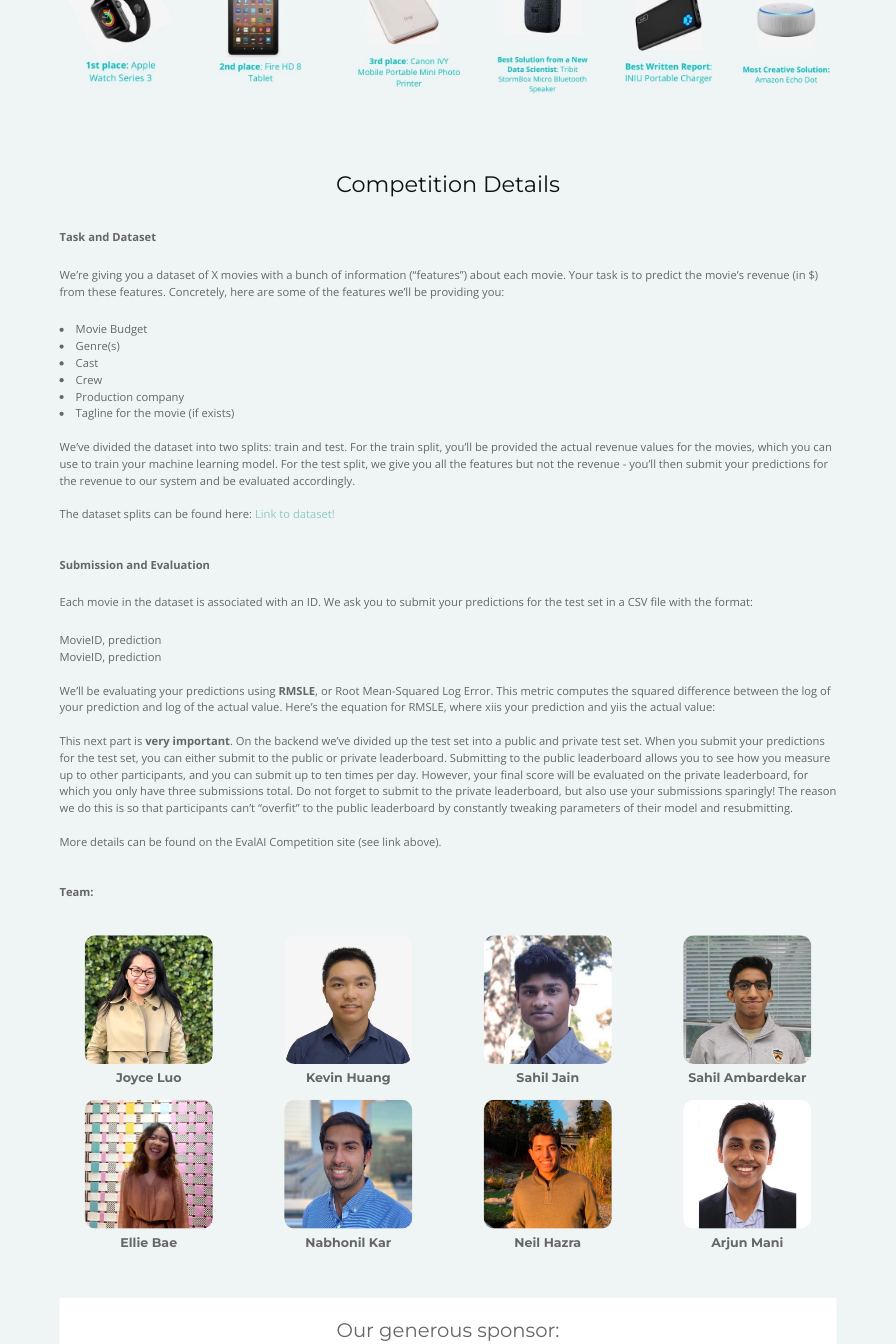
Repository: princetonds/princetonds.github.io
Page: competition.html
The author's editor kept a copy of each file at every save. The page is drawn from the files as they stood at one save, then again after the next save.
The browser window is 1280 px wide. The pictures show the part of the page from y = 893 to 2813 px (the page is 3447 px tall before and 3452 px after), at 70% of full size.

Above is the page before, as saved 2021-03-21 15:53:57.
Console error: TypeError: Cannot read properties of null (reading 'innerHTML')

### competition.html
<!DOCTYPE html>
<html lang="en">
<head>
  <meta charset="utf-8">
  <title>Princeton Data Science (PDS)</title>
  <meta content="width=device-width, initial-scale=1.0" name="viewport">
  <meta content="" name="keywords">
  <meta content="" name="description">

  <!-- Favicons (created with http://realfavicongenerator.net/)-->
  <link rel="apple-touch-icon" sizes="180x180" href="/img/favicons/apple-touch-icon.png">
  <link rel="icon" type="image/png" href="/img/favicons/favicon-32x32.png" sizes="32x32">
  <link rel="icon" type="image/png" href="/img/favicons/favicon-16x16.png" sizes="16x16">
  <link rel="manifest" href="/img/favicons/manifest.json">
  <link rel="mask-icon" href="/img/favicons/safari-pinned-tab.svg" color="#49acad">
  <link rel="shortcut icon" href="/img/favicons/favicon.ico">
  <meta name="msapplication-config" content="/img/favicons/browserconfig.xml">
  <meta name="theme-color" content="#ffffff">

  <!-- Facebook Graph tags -->
  <meta property="og:url" content="https://princetonds.io" />
  <meta property="og:site_name" content="princetonds.io" />
  <meta property="og:title" content="Princeton Data Science (PDS)" />
  <meta name="og:description" content="Princeton Data Science (PDS) was founded in 2014-2015 to promote the practice and study of data science, a growing field that spans many disciplines such as statistics, machine learning, computer science, and business analytics." />
  <meta property="og:image" content="https://princetonds.io/img/500px_square_logo.png" />

  <!-- Google Fonts -->
  <link href="https://fonts.googleapis.com/css?family=Montserrat:300,400,500,700|Open+Sans:300,400,700" rel="stylesheet">

  <!-- Bootstrap CSS File -->
  <link href="lib/bootstrap/css/bootstrap.min.css" rel="stylesheet">

  <!-- Libraries CSS Files -->
  <link href="lib/animate/animate.min.css" rel="stylesheet">
  <link href="lib/font-awesome/css/font-awesome.min.css" rel="stylesheet">
  <link href="lib/magnific-popup/magnific-popup.css" rel="stylesheet">

  <!-- Main Stylesheet File -->
  <link href="css/style.css" rel="stylesheet">
  <link href="css/new.css" rel="stylesheet">
</head>

<body>

  <!--==========================
    Header
  ============================-->
  <header id="header">
    <div class="container">

      <div id="logo" class="pull-left">
        <h1><a href="#teamintro" class="scrollto"><img class="navbar-logo" src="img/inverted-logo.svg"></a></h1>
     </div>

      <nav id="nav-menu-container">
        <ul class="nav-menu">
          <li class="menu-active"><a href="https://princetonds.io">Programs</a></li>
          <li><a href="team.html">Team</a></li>
          <li><a href="media/sponsorship.pdf">Sponsorship</a></li>
          <li><a href="#contact">Contact Us</a></li>
          <li><a href="#competition.html">Competition</a></li>
        </ul>
      </nav><!-- #nav-menu-container -->
    </div>
  </header><!-- #header -->

  <!--==========================
    Intro Section
  ============================-->

  <!--==========================
    Intro Section
  ============================-->
  <section id="teamintro">
    <!-- <div class="team-intro-text">
      <h3>Our Team</h3>
    </div> -->
  </section>


  <!-- #intro -->


  <main id="main">


    <!--==========================
      Our Team Section
    ============================-->
    <section id="team" class="section-bg">
      <div class="container">
          <!-- <h3 class="section-title">Princeton Data Bowl</h3> -->
              <!-- <p style="text-align:center;">Enter team description here...</p> -->
              <div class="member3">
                <div class="pic"><img src="img/competition/logo.jpg" alt=""></div>
              </div>

          <!-- <span class="section-divider"></span> -->
        </div>
      </div>

    <!--==========================
      Contact Section
    ============================-->
      <div class="container">
        <br>
        <br>
        <div class="row wow fadeInUp">
          <div class="col-lg-8 col-md-6">
            <label style="font-size: 38px"><strong>A data science competition exclusively for Princeton students!</strong></label>
            <br>
            <p>
               Your job will be to predict movie revenue from a few different variables, such as the movie’s budget, director </li>
              and more! This is a great opportunity to gain hands-on experience working on a data science project as well as to win some *seriously cool* prizes. We’re going to tell you about those first to get you excited!</p>
          </div>
          <div class="col-lg-4 col-md-6 links">
            <br>
            <br>
            <p><i class="fa fa-external-link fa-fw"></i>   <a href="https://eval.ai/web/challenges/challenge-page/871/overview">Link to the Challenge!</a>
            </p>
            <p><i class="fa fa-facebook-square fa-fw"></i> <a href="https://www.facebook.com/princetonds" class="facebook">Like us on <strong>Facebook</strong>!</a></p>
          </div>
        </div>
      </div>


    <div class="container">
      <div class="section-header">
        <!-- <h3 class="section-title">Princeton Data Bowl</h3> -->
            <br>
            <h2 style="text-align:center; color:black">Prizes</h2>
            <div class="member3">
              <div class="pic"><img src="img/competition/prizes.jpg" alt=""></div>
            </div>

        <!-- <span class="section-divider"></span> -->
      </div>
    </div>

<br>
<br>
    <div class="container">
      <div class="section-header">
        <h3 class="section-title" >Competition Details</h3>
            <br>
            <p><strong>Task and Dataset</strong></p>
            <p>
              We’re giving you a dataset of X movies with a bunch of information (“features”) about each movie. Your task is to predict the movie’s revenue (in $) from these features. Concretely, here are some of the features we’ll be providing you:
            </p>
              <li> Movie Budget </li>
              <li> Genre(s) </li>
              <li> Cast </li>
              <li> Crew </li>
              <li> Production company </li>
              <li> Tagline for the movie (if exists)</li>
              <br>
              We’ve divided the dataset into two splits: train and test. For the train split, you’ll be provided the actual revenue values for the movies, which you can use to train your machine learning model. For the test split, we give you all the features but not the revenue - you’ll then submit your predictions for the revenue to our system and be evaluated accordingly.
              <br>
              <br>
              The dataset splits can be found here: <a href="https://github.com/princetonds/PDS-Movie-Competition">Link to dataset!</a>

              <br>
            <br>
        <!-- <span class="section-divider"></span> -->
      </div>
    </div>
    <div class="container">
      <div class="section-header">
            <br>
            <p><strong>Submission and Evaluation</strong></p>
            <p>
              Each movie in the dataset is associated with an ID. We ask you to submit your predictions for the test set in a CSV file with the format:
            </p>
            MovieID, prediction
            <br>
            MovieID, prediction
              <br>
            <br>
            We’ll be evaluating your predictions using <strong>RMSLE</strong>, or Root Mean-Squared Log Error. This metric computes the squared difference between the log of your prediction and log of the actual value. Here’s the equation for RMSLE, where xiis your prediction and yiis the actual value:
            <br>
            <br>
            This next part is <strong>very important</strong>. On the backend we’ve divided up the test set into a public and private test set. When you submit your predictions for the test set, you can either submit to the public or private leaderboard. Submitting to the public leaderboard allows you to see how you measure up to other participants, and you can submit up to ten times per day. However, your final score will be evaluated on the private leaderboard, for which you only have three submissions total. Do not forget to submit to the private leaderboard, but also use your submissions sparingly! The reason we do this is so that participants can’t “overfit” to the public leaderboard by constantly tweaking parameters of their model and resubmitting.
            <br>
            <br>
            More details can be found on the EvalAI Competition site (see link above).
            <br>
            <!-- <span class="section-divider"></span> -->
      </div>
    </div>
    <br>
    <div class="container">
      <div class="section-header">
            <br>
            <p><strong>Team:</strong></p>
            <div class="row wow fadeInUp">
              <div class="col-lg-3 col-md-3">
                <h2 style="text-align:center; color:black"></h2>
                <!-- <p style="text-align:center;">Enter team description here...</p> -->
                <div class="member2">
                  <div class="pic"><img src="img/team/joyce.jpg" alt=""></div>
                  <h4>Joyce Luo</h4>
                  <!-- <div class="social">
                    <p class="profile-description">.</p>
                  </div> -->
                </div>

                <div class="member2">
                  <div class="pic"><img src="img/team/ellie.jpg" alt=""></div>
                  <h4>Ellie Bae</h4>
                  <!-- <div class="social">
                    <p class="profile-description">.</p>
                  </div> -->
                </div>


              </div>
              <div class="col-lg-3 col-md-3">
                <h2 style="text-align:center; color: Black"></h2>
                <!-- <p style="text-align:center;">Enter team description here...</p> -->
                <div class="member2">
                  <div class="pic"><img src="img/team/kevin.jpg" alt=""></div>
                  <h4>Kevin Huang</h4>
                  <!-- <div class="social">
                    <p class="profile-description">.</p>
                  </div> -->
                </div>

                <div class="member2">
                  <div class="pic"><img src="img/team/nab.jpg" alt=""></div>
                  <h4>Nabhonil Kar</h4>
                  <!-- <div class="social">
                    <p class="profile-description">.</p>
                  </div> -->
                </div>




              </div>
              <div class="col-lg-3 col-md-3">
                <h2 style="text-align:center; color: Black"></h2>
                <!-- <p style="text-align:center;">Enter team description here...</p> -->
                <div class="member2">
                  <div class="pic"><img src="img/team/sahil.jpg" alt=""></div>
                  <h4>Sahil Jain</h4>
                  <!-- <div class="social">
                    <p class="profile-description">.</p>
                  </div> -->
                </div>

                <div class="member2">
                  <div class="pic"><img src="img/team/neil.jpg" alt=""></div>
                  <h4>Neil Hazra</h4>
                  <!-- <div class="social">
                    <p class="profile-description">.</p>
                  </div> -->
                </div>


              </div>
              <div class="col-lg-3 col-md-3">
                <h2 style="text-align:center; color: Black"></h2>
                <!-- <p style="text-align:center;">Enter team description here...</p> -->
                <div class="member2">
                  <div class="pic"><img src="img/team/sahila.jpg" alt=""></div>
                  <h4>Sahil Ambardekar</h4>
                  <!-- <div class="social">
                    <p class="profile-description">.</p>
                  </div> -->
                </div>

                <div class="member2">
                  <div class="pic"><img src="img/team/arjun.jpg" alt=""></div>
                  <h4>Arjun Mani</h4>
                  <!-- <div class="social">
                    <p class="profile-description">.</p>
                  </div> -->
                </div>


              </div>


      </div>
    </div>


<br>
<br>


    <section id="sponsors">
      <div class="container">
        <h3 class="text-center sponsor-title">
          Our generous sponsor:
        </h3>
          <div class="text-center">
            <img src="img/sponsors/csml.jpg" alt="">
          </div>
        </div>
      </div>
    </section><!-- #more-features -->



    </section><!-- #team -->

    <!--==========================
      Contact Section
    ============================-->
    <section id="contact">
      <div class="container">
        <div class="row wow fadeInUp">
          <div class="contact-about">
            <div class="col-lg-12 col-md-12">
              <h3>Contact Us</h3>
            </div>
          </div>
        </div>

        <div class="row wow fadeInUp">
          <div class="col-lg-8 col-md-6">
            <p>Please do note that Princeton Data Science is a student organization and not a university department. Consequently, we do not sponsor PhD or Masters students.</p>
          </div>
          <div class="col-lg-4 col-md-6 links">
            <p><i class="fa fa-envelope fa-fw"></i> hello [at] princetonds.io</p>
            <p><i class="fa fa-facebook-square fa-fw"></i> <a href="https://www.facebook.com/princetonds" class="facebook">Like us on <strong>Facebook</strong>!</a></p>
          </div>
        </div>
      </div>
    </section><!-- #contact -->

  </main>

  <!--==========================
    Footer
  ============================-->
  <footer id="footer">
    <div class="container">
      <div class="row">
        <div class="col-lg-6 text-lg-left text-center">
          <div class="copyright">
            &copy; Copyright <strong>Princeton Data Science</strong>. Made by <a href="https://jisungkim.com">Ji-Sung Kim</a>.
          </div>
          <div class="credits">
          </div>
        </div>
        <div class="col-lg-6">
          <nav class="footer-links text-lg-right text-center pt-2 pt-lg-0">
            <a href="#programs" class="scrollto">Programs</a>
            <a href="#team" class="scrollto">Team</a>
            <a href="media/sponsorship.pdf">Sponsorship</a>
          </nav>
        </div>
      </div>
    </div>
  </footer><!-- #footer -->

  <a href="#" class="back-to-top"><i class="fa fa-chevron-up"></i></a>

  <!-- JavaScript Libraries -->
  <script src="lib/jquery/jquery.min.js"></script>
  <script src="lib/jquery/jquery-migrate.min.js"></script>
  <script src="lib/bootstrap/js/bootstrap.bundle.min.js"></script>
  <script src="lib/easing/easing.min.js"></script>
  <script src="lib/wow/wow.min.js"></script>
  <script src="lib/superfish/hoverIntent.js"></script>
  <script src="lib/superfish/superfish.min.js"></script>
  <script src="lib/magnific-popup/magnific-popup.min.js"></script>

  <!-- Template Main Javascript File -->
  <script src="js/main.js"></script>
  <script src="js/typewriter.js"></script>

</body>
</html>

### css/new.css
.program {
    padding: 40px;
}

.program h3 {
    color: black;
    font-weight: 700;
    font-family: "Open Sans";
}

.section {
    padding-top: 100px;
}


#programs {
    padding: 60px 0;
}

#clients {
    padding: 60px 0;
}

.sponsor-title {
    padding-bottom: 15px;
}

.profile-description {
    font-size: 14px;
}

.arjun {
    font-size: 15px !important;
    line-height: 22px;
}

.links p {
    line-height: 12px;
}

.presidents {
    color: #999999;
    font-size: 16px;
}

Loaded but not shown: lib/bootstrap/css/bootstrap.min.css (library); lib/animate/animate.min.css (library); lib/font-awesome/css/font-awesome.min.css (library); lib/magnific-popup/magnific-popup.css (library); lib/jquery/jquery.min.js (library); lib/jquery/jquery-migrate.min.js (library); lib/bootstrap/js/bootstrap.bundle.min.js (library); lib/easing/easing.min.js (common file); lib/wow/wow.min.js (library); lib/superfish/hoverIntent.js (library); lib/superfish/superfish.min.js (library); lib/magnific-popup/magnific-popup.min.js (library); js/main.js (125 lines, source omitted); js/typewriter.js (28 lines, source omitted); css/style.css (1350 lines, source omitted)

After the next save:
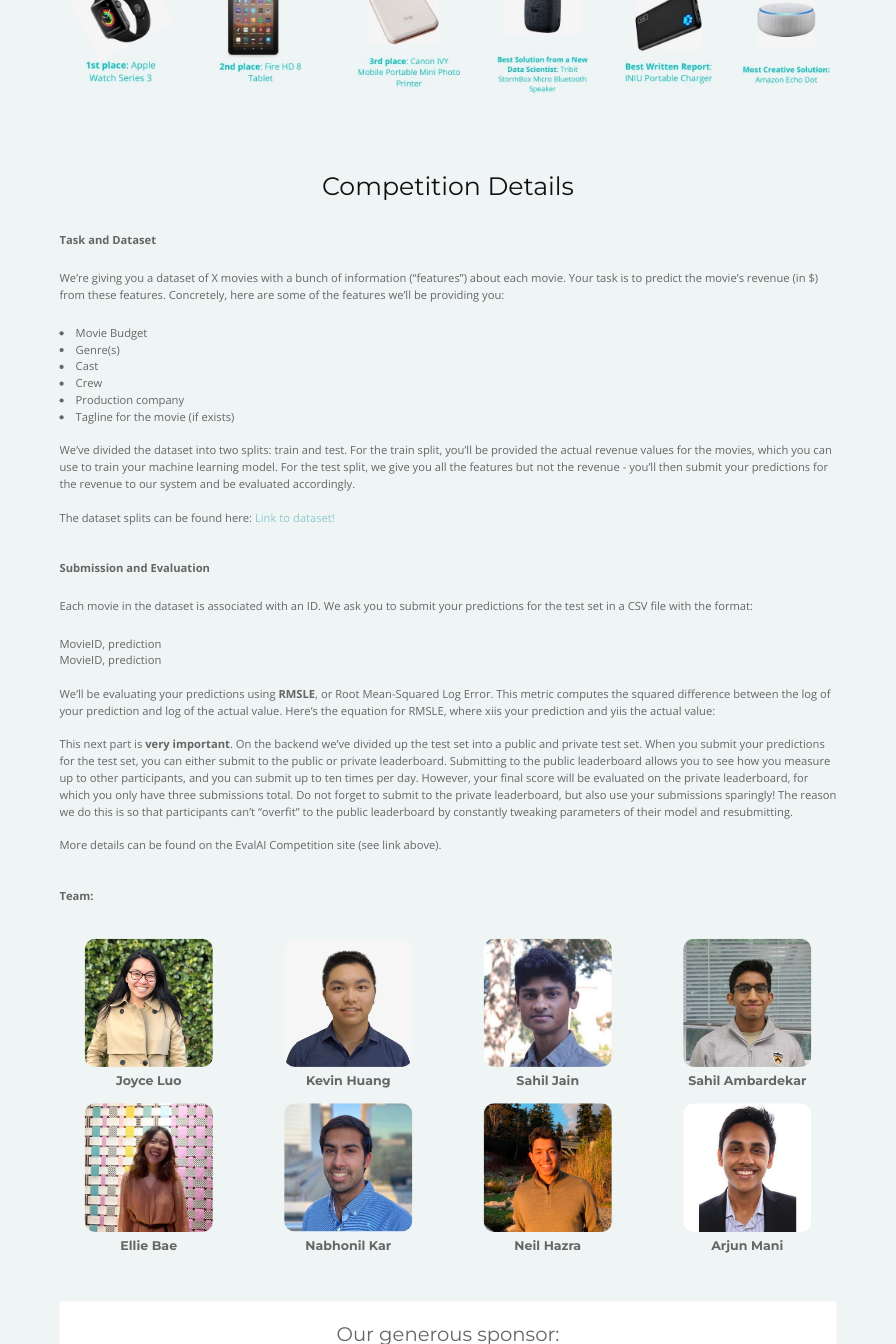
Saved 6 s later.
--- a/competition.html
+++ b/competition.html
@@ -141,7 +141,7 @@
 <br>
     <div class="container">
       <div class="section-header">
-        <h3 class="section-title" >Competition Details</h3>
+        <h3 class="section-title" style="font-size: 36px;">Competition Details</h3>
             <br>
             <p><strong>Task and Dataset</strong></p>
             <p>
